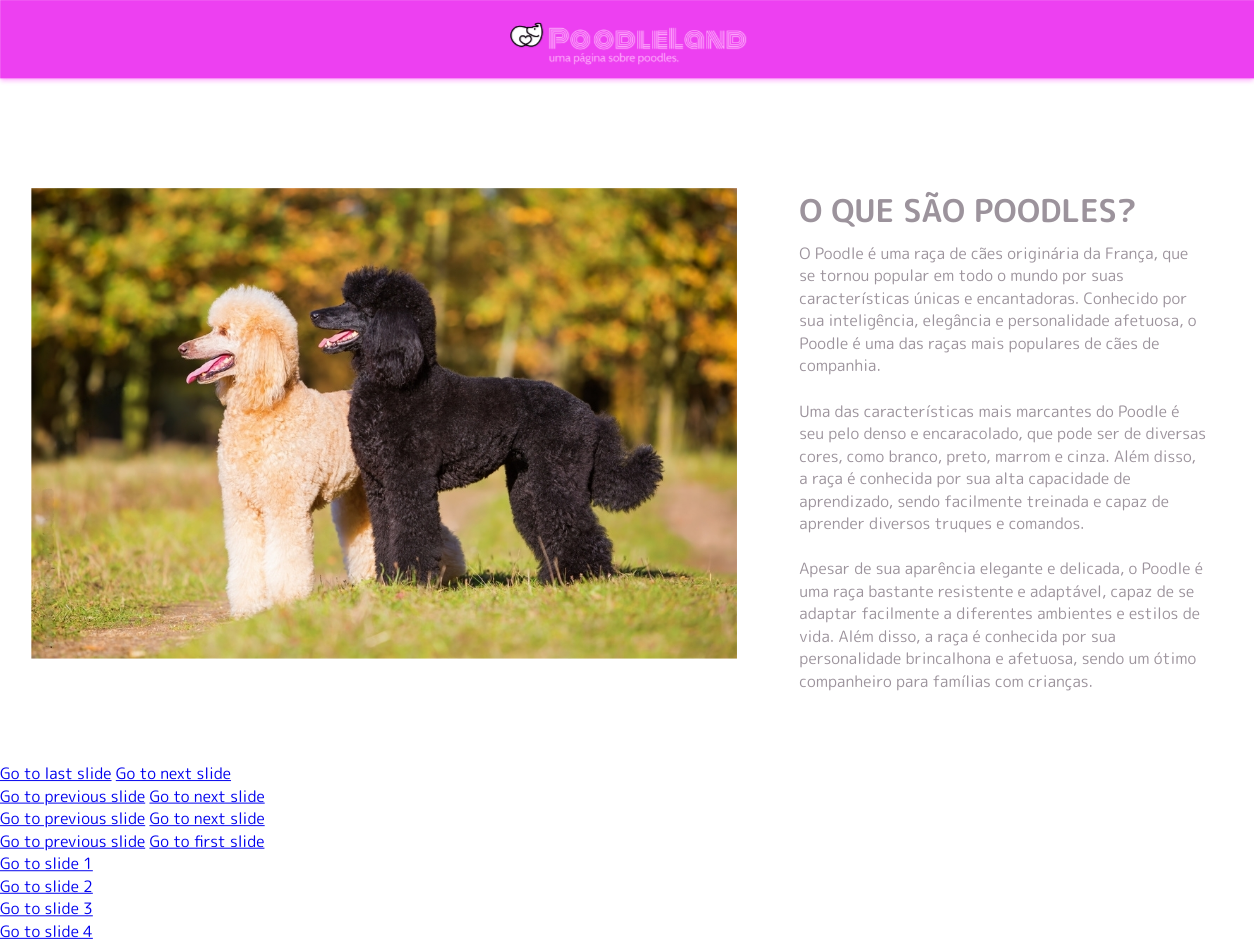
Repository: vinibalt/PoodleLand
Page: poddlelandia.html
An editor plug-in stored every save of this project. The page is shown before and after the next save, followed by the edit.
The browser window is 1280 px wide. The pictures show the whole page, at 98% of full size.

Above is the page before, as saved 2023-05-12 14:17:37.

After the next save:
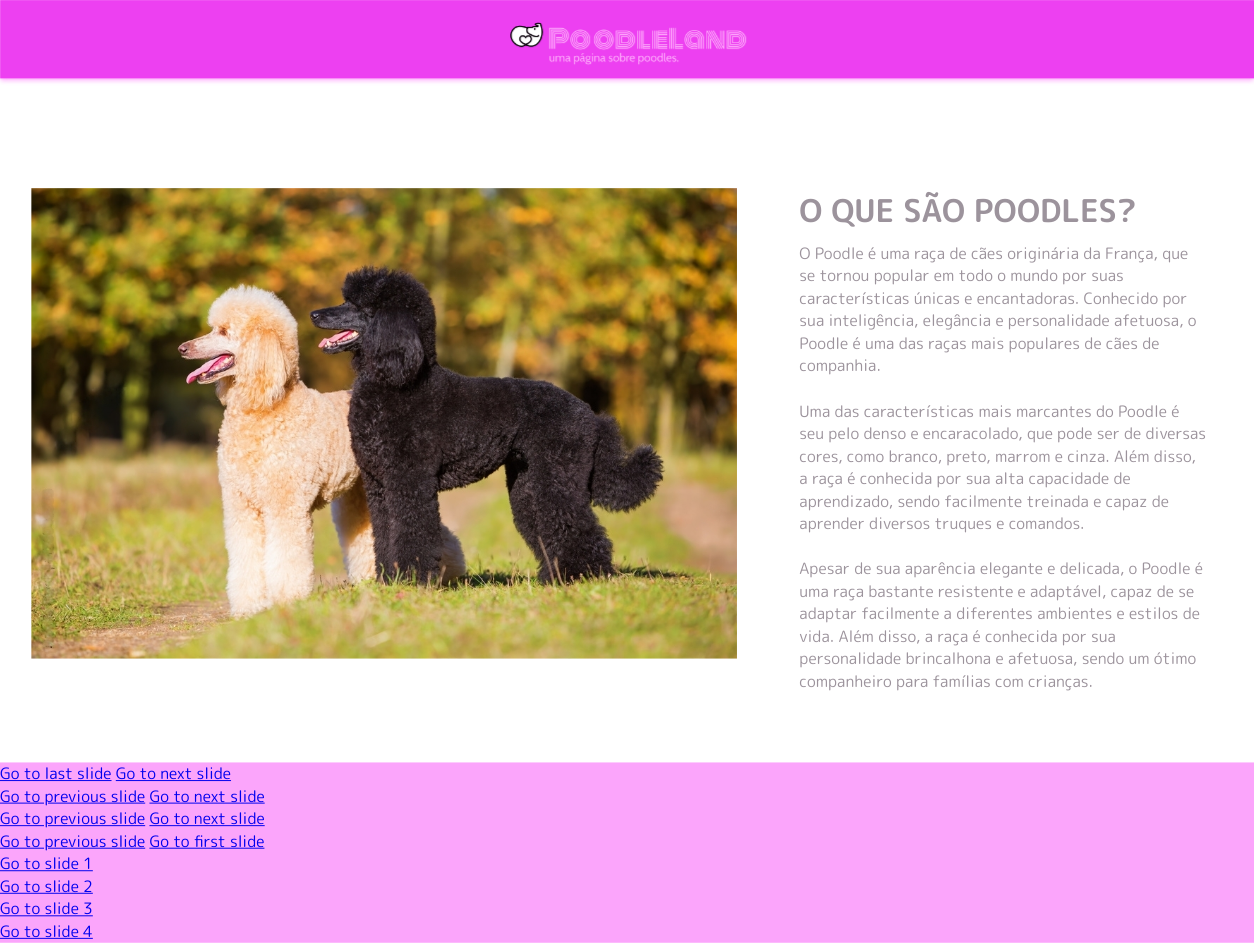
Saved 7 s later.
--- a/poddlelandia.html
+++ b/poddlelandia.html
@@ -30,7 +30,7 @@ Apesar de sua aparência elegante e delicada, o Poodle é uma raça bastante res
         </div>
     </section>
 
-        <section class="carousel" aria-label="Gallery">
+        <section class="carousel section-carousel" aria-label="Gallery">
             <ol class="carousel__viewport">
               <li id="carousel__slide1"
                   tabindex="0"
